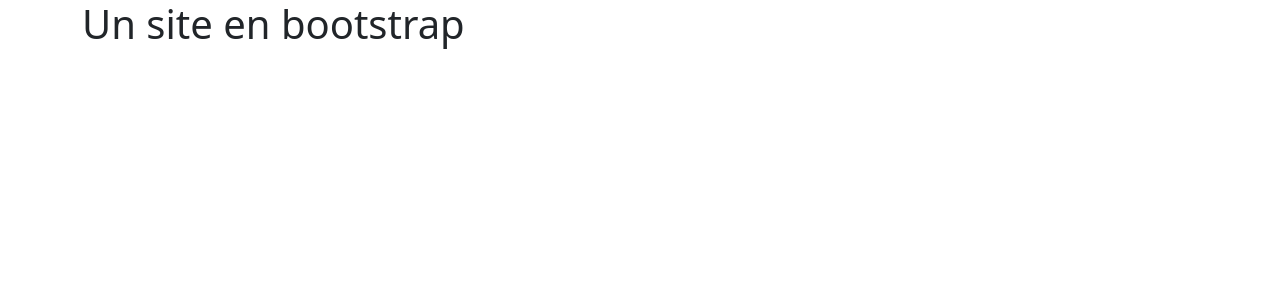
Repository: Elie-Dey/boot-start
Page: index.html
The author's editor kept a copy of each file at every save. The page is drawn from the files as they stood at one save, then again after the next save.
The browser window is 1280 px wide. The pictures show the whole page.

Above is the page before, as saved 2021-08-19 00:59:04.

After the next save:
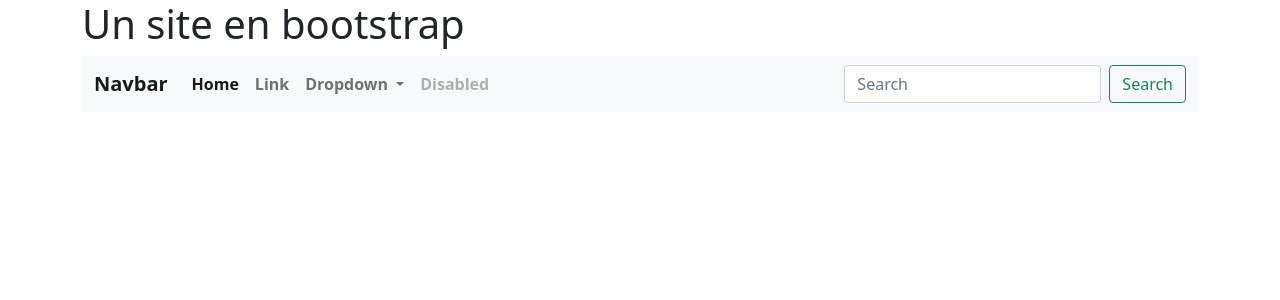
Saved 60 s later.
--- a/index.html
+++ b/index.html
@@ -16,6 +16,74 @@
   <body>
     <div class="container">
       <h1 class="titre">Un site en bootstrap</h1>
+      <!--bar de navigation -->
+      <nav class="navbar navbar-expand-lg navbar-light bg-light">
+        <div class="container-fluid">
+          <a class="navbar-brand" href="#">Navbar</a>
+          <button
+            class="navbar-toggler"
+            type="button"
+            data-bs-toggle="collapse"
+            data-bs-target="#navbarSupportedContent"
+            aria-controls="navbarSupportedContent"
+            aria-expanded="false"
+            aria-label="Toggle navigation"
+          >
+            <span class="navbar-toggler-icon"></span>
+          </button>
+          <div class="collapse navbar-collapse" id="navbarSupportedContent">
+            <ul class="navbar-nav me-auto mb-2 mb-lg-0">
+              <li class="nav-item">
+                <a class="nav-link active" aria-current="page" href="#">Home</a>
+              </li>
+              <li class="nav-item">
+                <a class="nav-link" href="#">Link</a>
+              </li>
+              <li class="nav-item dropdown">
+                <a
+                  class="nav-link dropdown-toggle"
+                  href="#"
+                  id="navbarDropdown"
+                  role="button"
+                  data-bs-toggle="dropdown"
+                  aria-expanded="false"
+                >
+                  Dropdown
+                </a>
+                <ul class="dropdown-menu" aria-labelledby="navbarDropdown">
+                  <li><a class="dropdown-item" href="#">Action</a></li>
+                  <li><a class="dropdown-item" href="#">Another action</a></li>
+                  <li><hr class="dropdown-divider" /></li>
+                  <li>
+                    <a class="dropdown-item" href="#">Something else here</a>
+                  </li>
+                </ul>
+              </li>
+              <li class="nav-item">
+                <a
+                  class="nav-link disabled"
+                  href="#"
+                  tabindex="-1"
+                  aria-disabled="true"
+                  >Disabled</a
+                >
+              </li>
+            </ul>
+            <form class="d-flex">
+              <input
+                class="form-control me-2"
+                type="search"
+                placeholder="Search"
+                aria-label="Search"
+              />
+              <button class="btn btn-outline-success" type="submit">
+                Search
+              </button>
+            </form>
+          </div>
+        </div>
+      </nav>
+      <!--bar de navigation -->
     </div>
 
     <script
